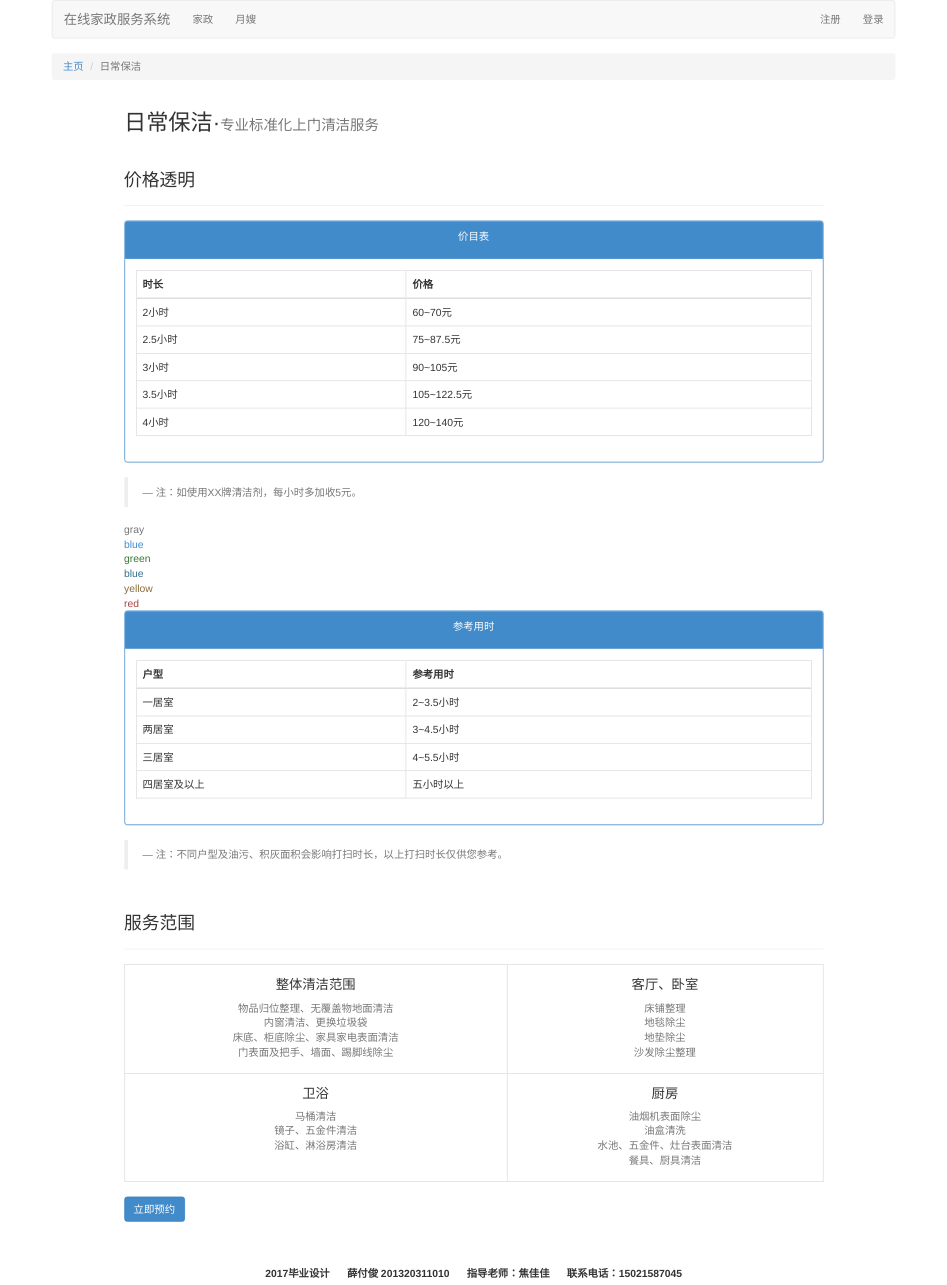
Repository: ELeonCXFJ/MyEclipseWS
Page: http://localhost/MyWeb/jsps/product/keeper/dailywork.jsp
These files come from the project's save history. The page is drawn as it stood at one moment and after the next save; the edit follows.
The browser window is 1280 px wide. The pictures show the whole page, at 74% of full size.
The page is served by Tomcat 9. Nobody is signed in. The application's start-up code is not run. Other server files are loaded and not shown.

Above is the page before, as saved 2017-03-22 10:01:31.

### MyWeb/WebRoot/jsps/product/keeper/dailywork.jsp
<%@ page trimDirectiveWhitespaces="true" language="java" import="java.util.*" pageEncoding="UTF-8"%>
<%@ taglib prefix="c" uri="http://java.sun.com/jsp/jstl/core" %>

<!DOCTYPE html>
<html>
<head>
   <meta charset="utf-8">
   <title>日常保洁</title>
   <script src="<c:url value='/vendor/jquery/jquery.min.js'/>"></script>
   <script src="<c:url value='/vendor/bootstrap/js/bootstrap.min.js'/>"></script>
   <link rel="stylesheet" href="<c:url value='/vendor/bootstrap/css/bootstrap.min.css'/>" />

</head>
<body>

<div class="container">
	<div class="row clearfix">
	<c:import url="/top.jsp" />
	<div class="col-lg-12 col-md-12 col-xs-12 col-sm-12">
		<ol class="breadcrumb">
		    <li><a href="<c:url value='/index.jsp'/>">主页</a></li>
		    <li class="active">日常保洁</li>
		</ol>
	</div>
		<div class="col-md-1"></div>
		<div class="col-lg-10 col-md-10 col-xs-10 col-sm-10">
			<h2>日常保洁·<small>专业标准化上门清洁服务</small></h2>
			<br/>
			<h3>价格透明</h3>
			<hr>
			<div class="panel panel-primary">
				<div class="panel-heading">
					<p align="center">价目表</p>
				</div>
				<div class="panel-body">
					<table class="table table-bordered table-hover">
						<thead>
							<tr>
								<th width="40%">时长</th>
								<th>价格</th>
							</tr>
						</thead>
						<tr>
							<td>2小时</td>
							<td>60~70元</td>
						</tr>
						<tr>
							<td>2.5小时</td>
							<td>75~87.5元</td>
						</tr>
						<tr>
							<td>3小时</td>
							<td>90~105元</td>
						</tr>
						<tr>
							<td>3.5小时</td>
							<td>105~122.5元</td>
						</tr>
						<tr>
							<td>4小时</td>
							<td>120~140元</td>
						</tr>
					</table>
				</div>
			</div>
		<blockquote><small>注：如使用XX牌清洁剂，每小时多加收5元。</small></blockquote>
			<div class="text-muted">gray</div>
			<div class="text-primary">blue</div>
			<div class="text-success">green</div>
			<div class="text-info">blue</div>
			<div class="text-warning">yellow</div>
			<div class="text-danger">red</div>
			<div class="panel panel-primary">
				<div class="panel-heading">
					<p align="center">参考用时</p>
				</div>
				<div class="panel-body">
					<table class="table table-bordered table-hover">
						<thead>
							<tr>
								<th width="40%">户型</th>
								<th>参考用时</th>
							</tr>
						</thead>
						<tr>
							<td>一居室</td>
							<td>2~3.5小时</td>
						</tr>
						<tr>
							<td>两居室</td>
							<td>3~4.5小时</td>
						</tr>
						<tr>
							<td>三居室</td>
							<td>4~5.5小时</td>
						</tr>
						<tr>
							<td>四居室及以上</td>
							<td>五小时以上</td>
						</tr>
					</table>
				</div>
			</div> <!-- 参考时长 -->
		<blockquote><small>注：不同户型及油污、积灰面积会影响打扫时长，以上打扫时长仅供您参考。</small></blockquote>
		</br>
		<h3>服务范围</h3>
		<hr>
		<table class="table table-bordered">
			<tr>
				<td align="center">
					<h4>整体清洁范围</h4>
					<p class="text-muted">
						物品归位整理、无覆盖物地面清洁</br>
						内窗清洁、更换垃圾袋</br>
						床底、柜底除尘、家具家电表面清洁</br>
						门表面及把手、墙面、踢脚线除尘</br>
						</p>
				</td>
				<td align="center">
					<h4>客厅、卧室</h4>
					<p class="text-muted">
						床铺整理</br>
						地毯除尘</br>
						地垫除尘</br>
						沙发除尘整理</br>
					</p>
				</td>
			</tr>
			<tr>
				<td align="center">
					<h4>卫浴</h4>
					<p class="text-muted">
						马桶清洁</br>
						 镜子、五金件清洁</br>
						 浴缸、淋浴房清洁</br>
					</p>
				</td>
				<td align="center">
					<h4>厨房</h4>
					<p class="text-muted">
						油烟机表面除尘</br>
						油盒清洗</br>
						水池、五金件、灶台表面清洁</br>
						餐具、厨具清洁</br>
					</p>
				</td>
			</tr>
		</table>

		<button type="button" class="btn btn-primary">立即预约</button>
	</div>
	</div>
</div>	<!-- container -->
	<c:import url="/bottom.jsp"></c:import>
</body>
</html>

### MyWeb/WebRoot/top.jsp
<%@ page language="java" import="java.util.*" pageEncoding="UTF-8"%>
<%@ taglib prefix="c" uri="http://java.sun.com/jsp/jstl/core" %>

<!DOCTYPE html>
<html>
<head>
   <meta charset="utf-8">
   <title>导航栏</title>
</head>
<body>

<div class="container" align="center">
	<div class="row clearfix">
		<div class="col-lg-12 col-md-12 col-xs-12 col-sm-12">
			<nav class="navbar navbar-default" role="navigation">
				<div class="navbar-header">
					 <button type="button" class="navbar-toggle" data-toggle="collapse" data-target="#bs-example-navbar-collapse-1"> <span class="sr-only">Toggle navigation</span><span class="icon-bar"></span><span class="icon-bar"></span><span class="icon-bar"></span></button> <a class="navbar-brand" href="<c:url value='/index.jsp'/>">在线家政服务系统</a>
				</div>
				<div class="collapse navbar-collapse" id="bs-example-navbar-collapse-1">
					<ul class="nav navbar-nav">
						<li >
							 <a href="#">家政</a>
						</li>
						<li>
							 <a href="#">月嫂</a>
						</li>
					</ul>
					<ul class="nav navbar-nav navbar-right">
					<c:choose>
						<c:when test="${empty sessionScope.sessionUser }">
							<li>
								 <a href="<c:url value='/jsps/user/register.jsp'/>">注册</a>
							</li>
							<li>
								<a href="<c:url value='/jsps/user/login.jsp' />">登录</a>
							</li>
						</c:when>

						<c:otherwise>
							<li>
								 <a href="<c:url value='/OrderServlet?method=getMyOrder'/>">我的订单</a>
							</li>
							<li>
								 <a href="<c:url value='/jsps/user/pwd.jsp'/>">修改密码</a>
							</li>
							<li>
								 <a href="#">购物车</a>
							</li>
							<li>
								<a href="<c:url value="/UserServlet?method=exit"/>">退出</a>
							</li>
						</c:otherwise>
					</c:choose>
					</ul>
				</div>
			</nav>
		</div>
	</div>
</div>
</body>

### MyWeb/WebRoot/bottom.jsp
<%@ page language="java" import="java.util.*" pageEncoding="UTF-8"%>
<%@ taglib prefix="c" uri="http://java.sun.com/jsp/jstl/core" %>

<!DOCTYPE html>
<html>
<head>
   <meta charset="utf-8">
   <title>页脚</title>
</head>
<body>

	<div align="center">
		<label for=“bottom"></br></br></br>2017毕业设计&nbsp;&nbsp;&nbsp;&nbsp;&nbsp;&nbsp;薛付俊 201320311010&nbsp;&nbsp;&nbsp;&nbsp;&nbsp;&nbsp;指导老师：焦佳佳&nbsp;&nbsp;&nbsp;&nbsp;&nbsp;&nbsp;联系电话：15021587045</label>
	</div>
	<div style="display:none;">
		<label for="hide">bootstrapvalidator引用自：https://github.com/nghuuphuoc/bootstrapvalidator</label>
	</div>
</body>

After the next save:
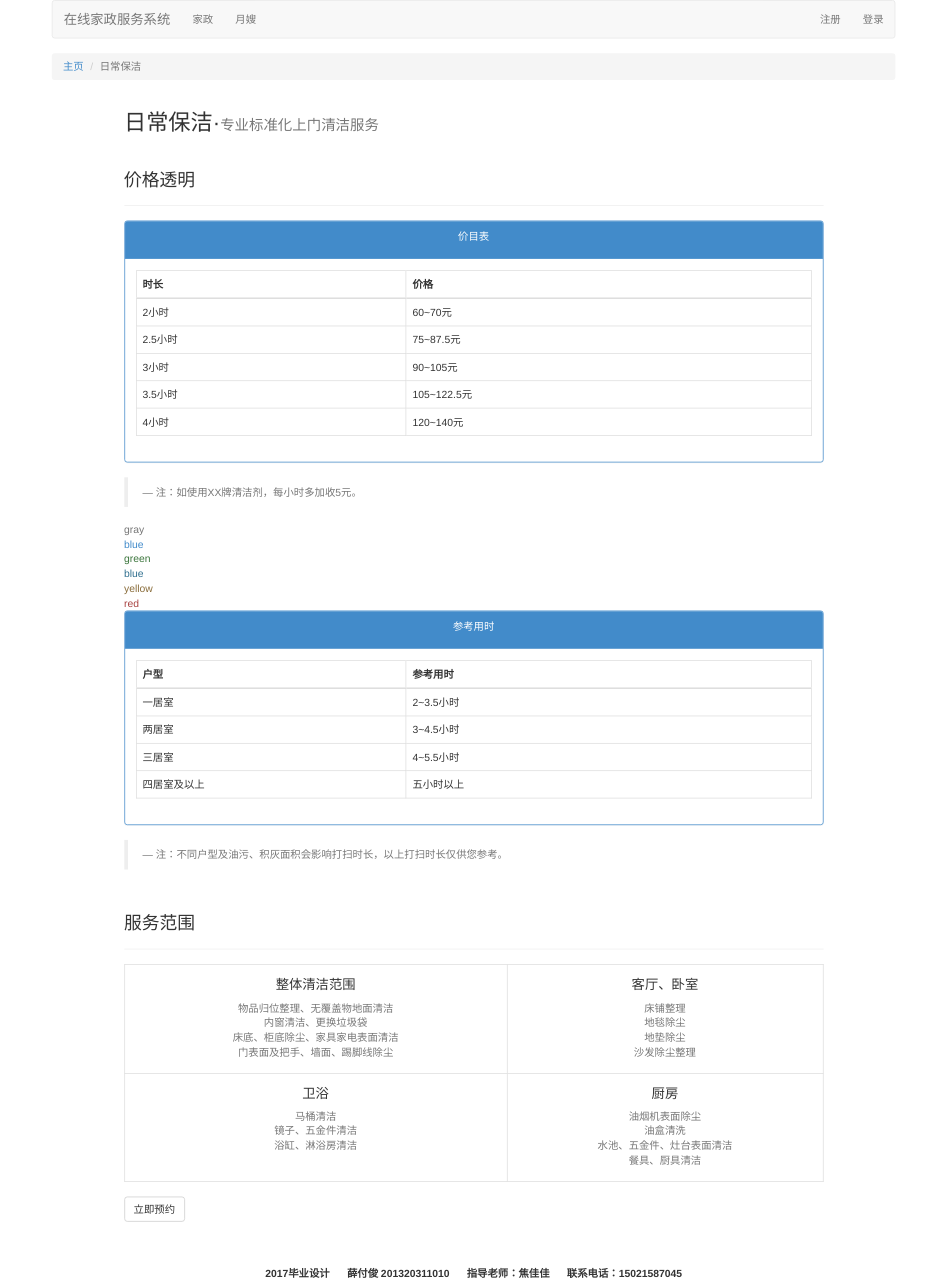
Saved 17 s later.
--- a/MyWeb/WebRoot/jsps/product/keeper/dailywork.jsp
+++ b/MyWeb/WebRoot/jsps/product/keeper/dailywork.jsp
@@ -147,7 +147,7 @@
 			</tr>
 		</table>
 
-		<button type="button" class="btn btn-primary">立即预约</button>
+		<button type="button" class="btn btn-default">立即预约</button>
 	</div>
 	</div>
 </div>	<!-- container -->

After the save that followed:
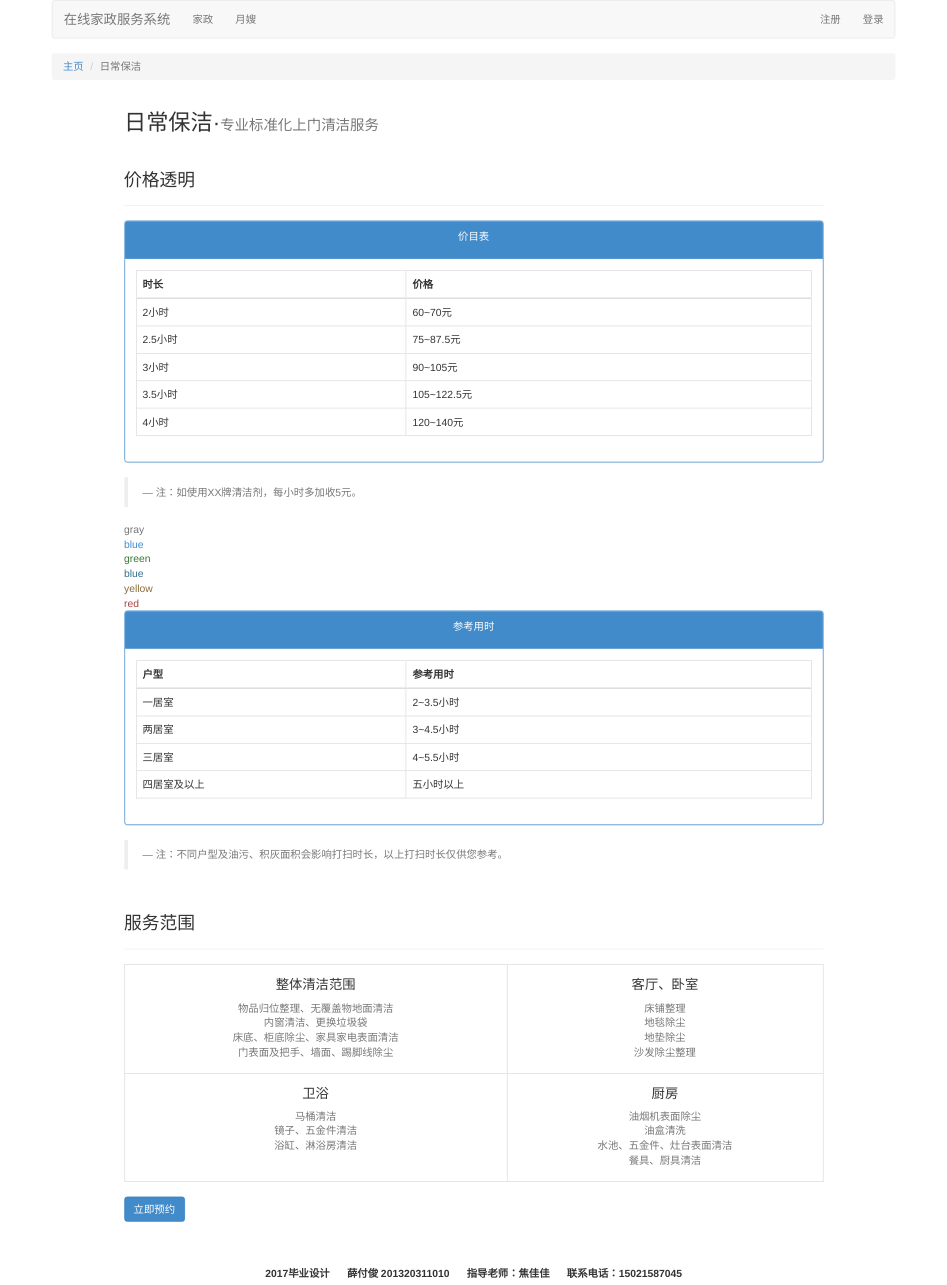
Saved 6 s later.
--- a/MyWeb/WebRoot/jsps/product/keeper/dailywork.jsp
+++ b/MyWeb/WebRoot/jsps/product/keeper/dailywork.jsp
@@ -147,7 +147,7 @@
 			</tr>
 		</table>
 
-		<button type="button" class="btn btn-default">立即预约</button>
+		<button type="button" class="btn btn-primary">立即预约</button>
 	</div>
 	</div>
 </div>	<!-- container -->
